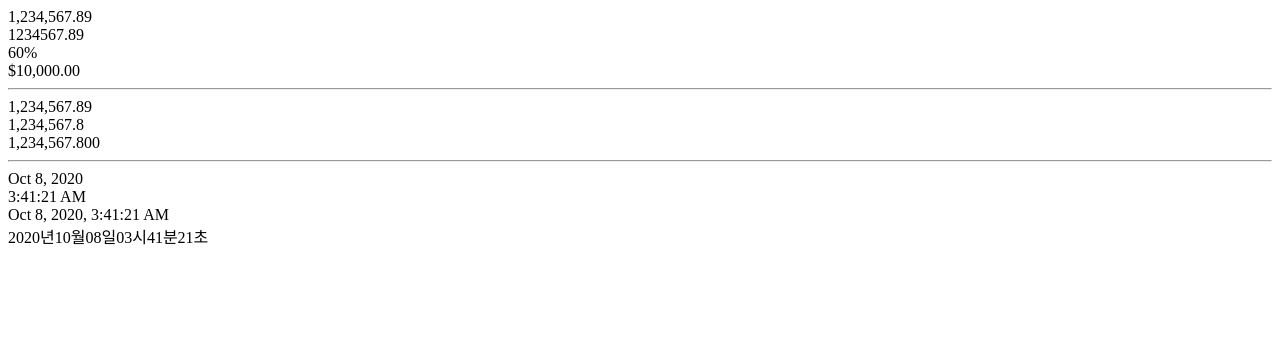
Repository: totesbk/JSP-
Page: http://localhost/web07/ex20_formatNumber.jsp
These files come from the project's save history. The page is drawn as it stood at one moment and after a run of saves; the edit follows.
The browser window is 1280 px wide. The pictures show the whole page.
The page is served by Tomcat 9.

Above is the page before, as saved 2020-10-12 03:35:59.

After the next 2 saves:
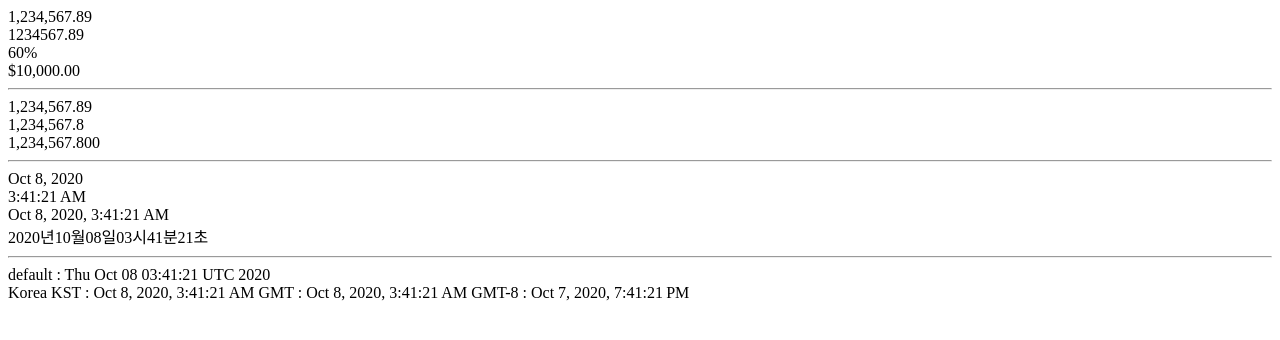
The 2 saves are shown as one change because 1 did not build or start.
The last was saved 8 min 17 s later.
--- a/web07/WebContent/ex20_formatNumber.jsp
+++ b/web07/WebContent/ex20_formatNumber.jsp
@@ -24,5 +24,17 @@
 <fmt:formatDate value="${now}" type="time"/><br>
 <fmt:formatDate value="${now}" type="both"/><br>
 <fmt:formatDate value="${now}" pattern="yyyy년MM월dd일hh시mm분ss초"/><br>
+
+<hr>
+default : ${now}<br>
+Korea KST : <fmt:formatDate value="${now}" type="both"/>
+<fmt:timeZone value="GMT">
+GMT : <fmt:formatDate value="${now}" type="both"/>
+</fmt:timeZone>
+
+<fmt:timeZone value="GMT-8">
+GMT-8 : <fmt:formatDate value="${now}" type="both"/>
+</fmt:timeZone>
+
 </body>
 </html>
